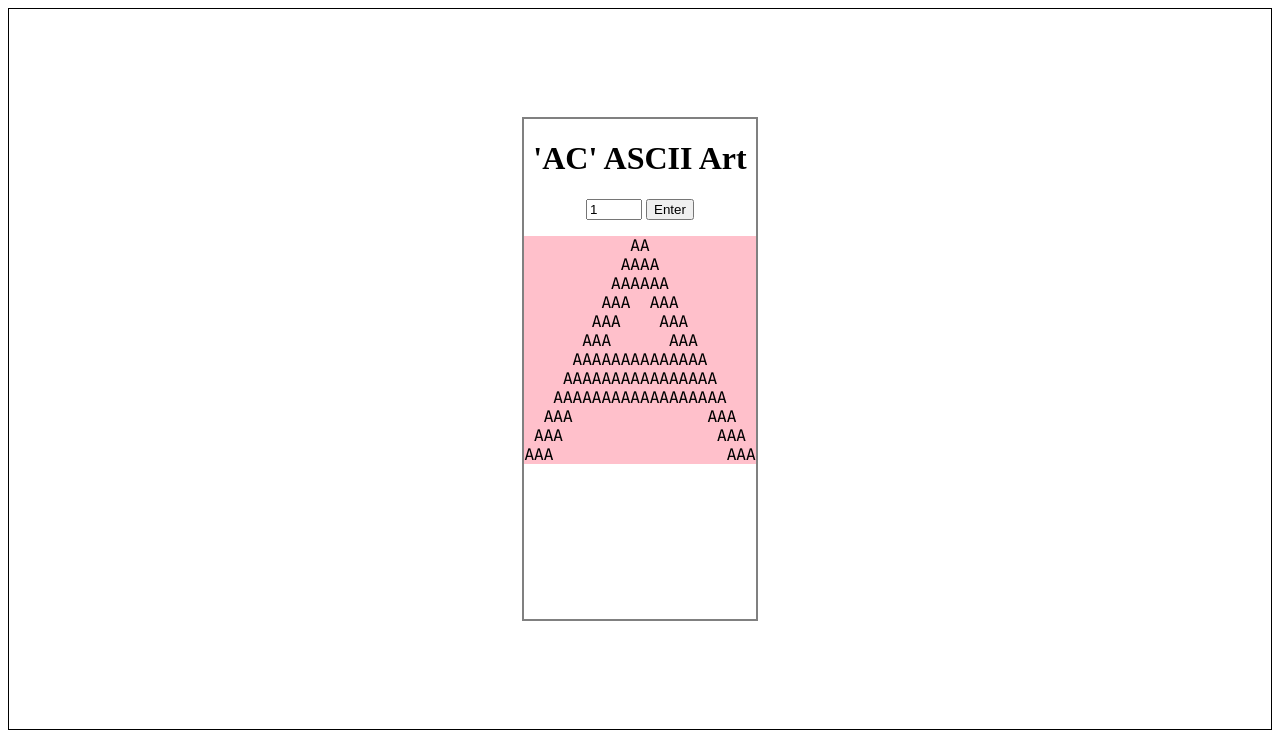
Repository: Achorn/ascii-art
Page: index.html
These files come from the project's save history. The page is drawn as it stood at one moment and after the next save; the edit follows.
The browser window is 1280 px wide. The pictures show the whole page.

Above is the page before, as saved 2021-08-09 17:41:52.

### index.html
<!DOCTYPE html>
<html lang="en">
  <head>
    <link rel="stylesheet" href="styles.css" />
    <meta charset="UTF-8" />
    <meta http-equiv="X-UA-Compatible" content="IE=edge" />
    <meta name="viewport" content="width=device-width, initial-scale=1.0" />
    <title>Document</title>
  </head>
  <body>
    <form>
      <h1>'AC' ASCII Art</h1>
      <input type="number" min="1" value="1" max="10" />
      <button>Enter</button>
      <div id="ascii">
        <div id="a-container">
          <p id="mono-a" style="font-family: 'Lucida Console', monospace"></p>
        </div>
        <div id="c-container">
          <p id="mono-c" style="font-family: 'Lucida Console', monospace"></p>
        </div>
      </div>
    </form>
    <script type="text/javascript" src="myscripts.js"></script>
  </body>
</html>

### styles.css
body {
  border: 1px solid black;
  display: flex;
  flex-direction: column;
  justify-content: center;
  align-items: center;
  height: 100vh;
}

form {
  border: 2px solid grey;
  height: 500px;
  /* width: 400px; */
  text-align: center;
}

.ascii {
  border-radius: 1px solid black;
}

#a-container {
  background-color: pink;
}
#c-container {
  background-color: pink;
}
#mono-a {
  /* font-size: 25.5vw; */

  white-space: pre;
}
#mono-c {
  white-space: pre;
}

### myscripts.js
let four = [
  [" ", " ", " ", "A"],
  [" ", " ", "A", " "],
  [" ", "A", "A", "A"],
  ["A", " ", " ", " "],
];

let eight = [
  [
    " ",
    " ",
    " ",
    " ",
    " ",
    " ",
    " ",
    "A",
    "A",
    " ",
    " ",
    " ",
    " ",
    " ",
    " ",
    " ",
  ],
  [
    " ",
    " ",
    " ",
    " ",
    " ",
    " ",
    "A",
    "A",
    "A",
    "A",
    " ",
    " ",
    " ",
    " ",
    " ",
    " ",
  ],
  [
    " ",
    " ",
    " ",
    " ",
    " ",
    "A",
    "A",
    " ",
    " ",
    "A",
    "A",
    " ",
    " ",
    " ",
    " ",
    " ",
  ],
  [
    " ",
    " ",
    " ",
    " ",
    "A",
    "A",
    "A",
    "A",
    "A",
    "A",
    "A",
    "A",
    " ",
    " ",
    " ",
    " ",
  ],
  [
    " ",
    " ",
    " ",
    "A",
    "A",
    "A",
    "A",
    "A",
    "A",
    "A",
    "A",
    "A",
    "A",
    " ",
    " ",
    " ",
  ],
  [
    " ",
    " ",
    "A",
    "A",
    " ",
    " ",
    " ",
    " ",
    " ",
    " ",
    " ",
    " ",
    "A",
    "A",
    " ",
    " ",
  ],
  [
    " ",
    "A",
    "A",
    " ",
    " ",
    " ",
    " ",
    " ",
    " ",
    " ",
    " ",
    " ",
    " ",
    "A",
    "A",
    " ",
  ],
  [
    "A",
    "A",
    " ",
    " ",
    " ",
    " ",
    " ",
    " ",
    " ",
    " ",
    " ",
    " ",
    " ",
    " ",
    "A",
    "A",
  ],
];

function scaleSpread(array, factor) {
  const scaled = [];

  for (const row of array) {
    let x = [];

    for (const item of row) x.push(...Array(factor).fill(item));

    scaled.push(...Array(factor).fill(x));
  }

  return scaled;
}
let sixteen = scaleSpread(eight, 2);

function arrToString(arr) {
  let string = "";
  for (let i = 0; i < arr.length; i++) {
    string += arr[i].join("") + "<br>";
  }
  return string;
}

function halfArrToString(arr) {
  let string = "";
  for (let i = 0; i < arr.length; i++) {
    string += arr[i].join("");
    let rev = arr[i].slice();
    string += rev.reverse().join("");
    string += "<br>";
  }
  return string;
}
function trimA(arr, lWidth) {
  for (i = 0; i < arr.length; i++) {
    let disp = lWidth - (i % lWidth) - 1;
    let newArr = arr[i].slice();
    for (let j = 0; j < disp; j++) {
      newArr.pop();
      newArr.unshift(" ");
    }
    arr[i] = newArr;
  }
}

let monoA = document.getElementById("mono-a");
let monoC = document.getElementById("mono-c");
let scale = 3;
let scaled = scaleSpread(four, scale);
trimA(scaled, scale);

// mono.innerHTML = halfArrToString(scaleSpread(four, 7));
monoC.innerHTML = halfArrToString(scaled);
// mono.innerHTML += arrToString(scaleSpread(eight, 1));

After the next save:
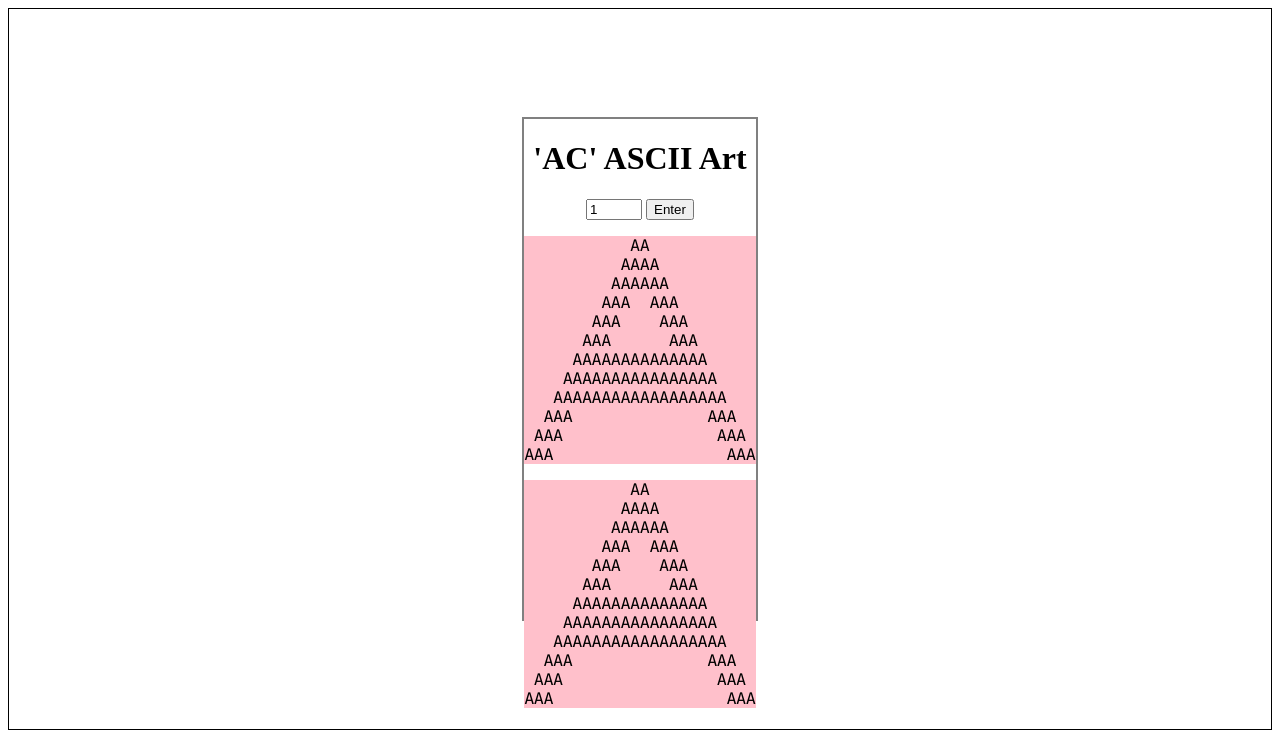
Saved 38 s later.
--- a/myscripts.js
+++ b/myscripts.js
@@ -204,5 +204,6 @@ let scaled = scaleSpread(four, scale);
 trimA(scaled, scale);
 
 // mono.innerHTML = halfArrToString(scaleSpread(four, 7));
+monoA.innerHTML = halfArrToString(scaled);
 monoC.innerHTML = halfArrToString(scaled);
 // mono.innerHTML += arrToString(scaleSpread(eight, 1));
